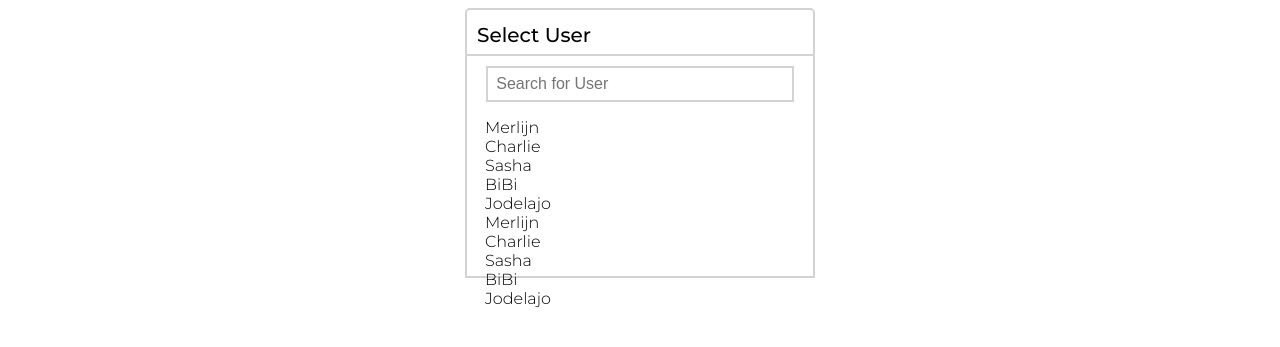
Repository: jodelajo/nuxt-filter-tutorial
Page: /
The author's editor kept a copy of each file at every save. The page is drawn from the files as they stood at one save, then again after the next save.
The browser window is 1280 px wide. The pictures show the whole page.
The project was rebuilt for these pictures with package versions that can differ from the ones it lists, and the page was loaded fresh each time. The framework's server and built-in components were replaced by stand-ins that run in the browser. Also part of the build but not shown: nuxt.config.js, components/NuxtLogo.vue, components/Tutorial.vue.

Above is the page before, as saved 2021-12-11 12:46:56.

### pages/index.vue
<template>
  <div class="container">
    <div class="dropdown-wrapper">
      <div class="selected-item">
        <span>Select User</span>
      </div>
      <div class="dropdown-popover">
        <input
          v-model="searchQuery"
          type="text"
          placeholder="Search for User"
        />
        <div class="options">
          <ul class="list">
            <li>Merlijn</li>
            <li>Charlie</li>
            <li>Sasha</li>
            <li>BiBi</li>
            <li>Jodelajo</li>
             <li>Merlijn</li>
            <li>Charlie</li>
            <li>Sasha</li>
            <li>BiBi</li>
            <li>Jodelajo</li>
          </ul>
        </div>
      </div>
    </div>
  </div>
</template>

<script>
export default {};
</script>

<style scoped>
@import url("https://fonts.googleapis.com/css2?family=Montserrat:wght@100;200;300;500;700;900&family=Readex+Pro:wght@300;500;700&display=swap");

body {
  width: 100vw;
  height: 100vh;
}
.container {
  display: flex;
  flex-direction: column;
  /* justify-content: center; */
  align-items: center;
  justify-content: center;
   font-family: "Montserrat", sans-serif;
   font-weight: 300;
   font-size: 16px;

}
.dropdown-wrapper {
  width: 350px;
  height: auto;
  /* max-width: 350px; */
  position: relative;
  display: flex;
  text-align: center;
  justify-content: center;
  margin: 0 auto;
}
.selected-item {
  height: 40px;
  width: 100%;
  border: 2px solid lightgray;
  border-radius: 5px;
  padding: 5px 10px;
  display: flex;
  justify-content: space-between;
  align-items: center;
  font-size: 20px;
  font-weight: 500;
}

.dropdown-popover{
  position: absolute;
  border: 2px solid lightgray;
  top: 46px;
  left: 0;
  right: 0;
  background-color: white;
  max-width: 100%;
  padding: 10px;
    max-height: 200px;
}
input {
  width: 90%;
  height: 30px;
  border: 2px solid lightgray;
  font-size: 16px;
  padding-left: 8px;
}
.options {
  width: 100%;

}
.list {
  list-style: none;
  text-align: left;
  padding-left: 8px;
  max-height: 200px;
  overflow-y: scroll;
}
</style>

After the next save:
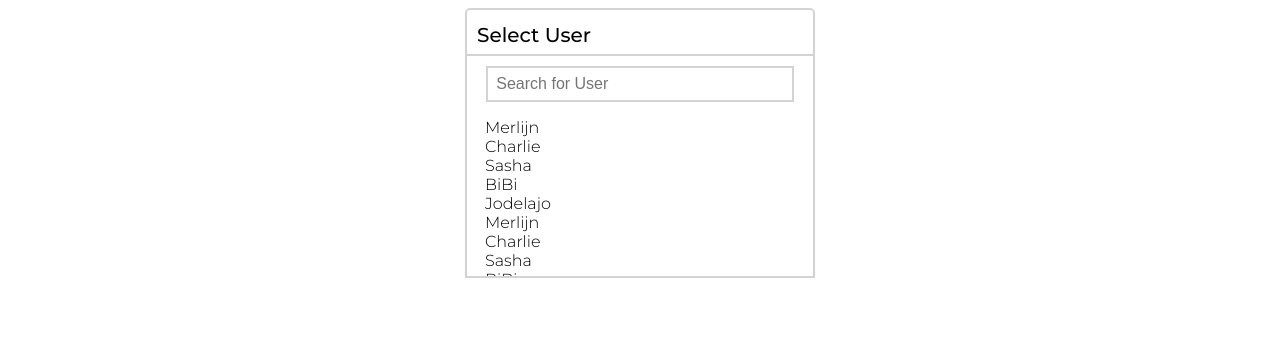
Saved 44 s later.
--- a/pages/index.vue
+++ b/pages/index.vue
@@ -84,6 +84,8 @@
   max-width: 100%;
   padding: 10px;
     max-height: 200px;
+    max-height: 200px;
+  overflow-y: scroll;
 }
 input {
   width: 90%;
@@ -100,7 +102,6 @@
   list-style: none;
   text-align: left;
   padding-left: 8px;
-  max-height: 200px;
-  overflow-y: scroll;
+
 }
 </style>

After the save that followed:
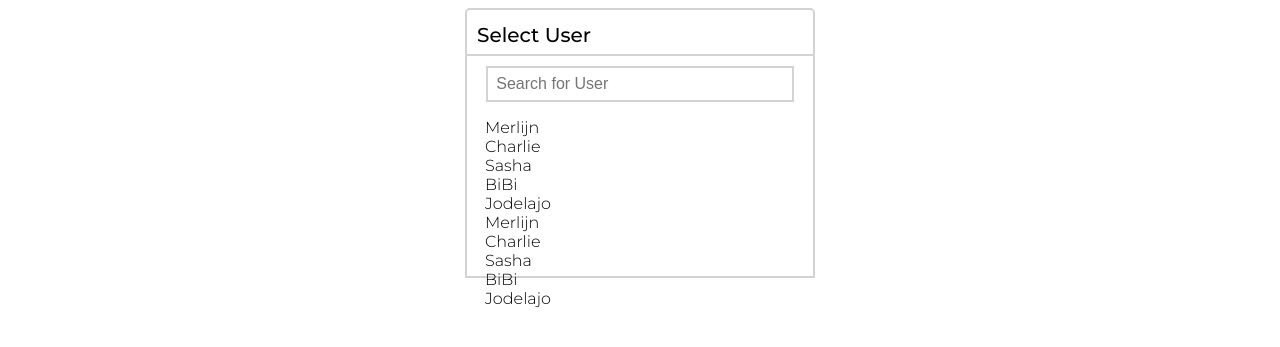
Saved 28 s later.
--- a/pages/index.vue
+++ b/pages/index.vue
@@ -83,9 +83,9 @@
   background-color: white;
   max-width: 100%;
   padding: 10px;
+
     max-height: 200px;
-    max-height: 200px;
-  overflow-y: scroll;
+
 }
 input {
   width: 90%;
@@ -96,6 +96,7 @@
 }
 .options {
   width: 100%;
+   overflow-y: scroll;
 
 }
 .list {
